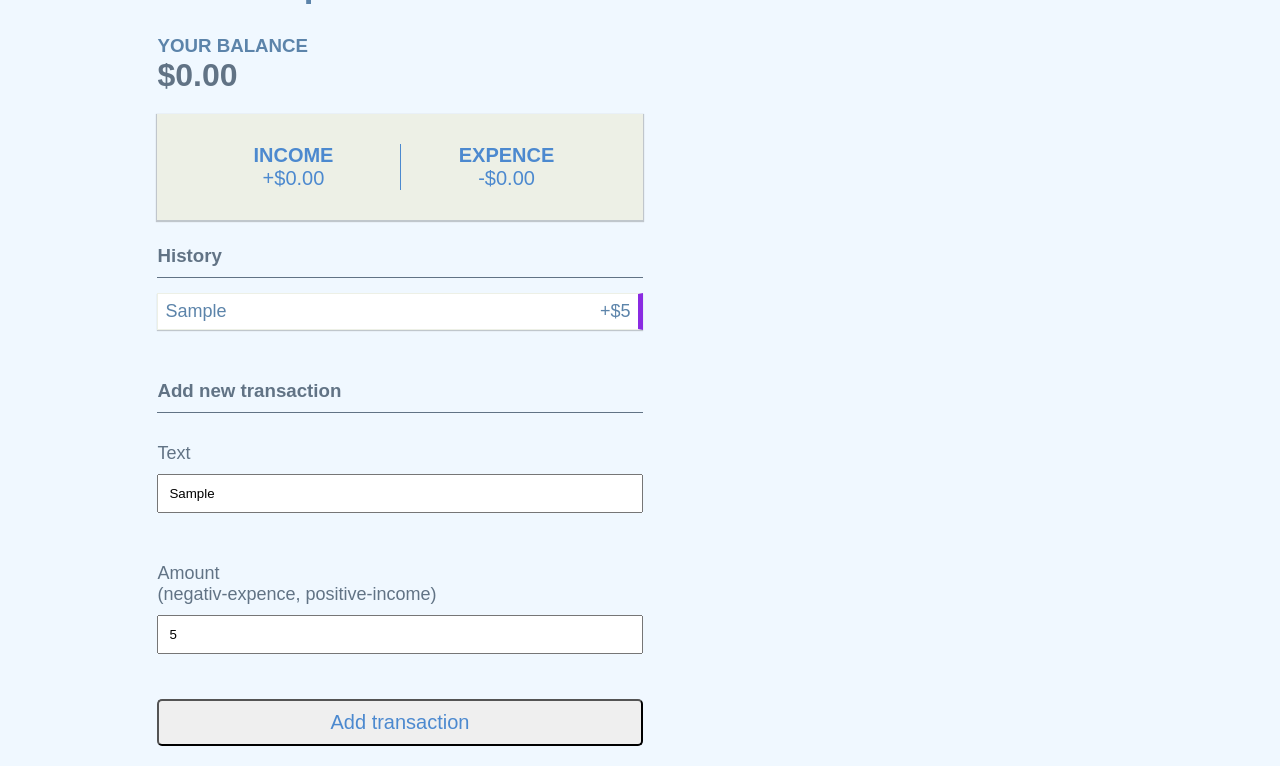
Repository: AbrorjonKuchkarov/expence-tracker-
Page: index.html
These files come from the project's save history. The page is drawn as it stood at one moment and after the next save; the edit follows.
The browser window is 1280 px wide. The pictures show the whole page.
Empty fields were first filled with sample values (such as "Sample", 5 or name@example.com).
After loading, the first visible `#form` was submitted once.

Above is the page before, as saved 2022-03-01 17:47:56.
Console error: TypeError: Cannot read properties of undefined (reading 'reduce')

### index.html
<!DOCTYPE html>
<html lang="en">
<head>
   <meta charset="UTF-8">
   <meta http-equiv="X-UA-Compatible" content="IE=edge">
   <meta name="viewport" content="width=device-width, initial-scale=1.0">
   <link rel="stylesheet" href="style.css">
   <title>Expense Tracker</title>
</head>
<body>
   <h1>Expense Tracker</h1>

   <div class="container">
      <h3>Your Balance</h3>
      <h1 id="balance">$0.00</h1>

      <div class="inc-exp-container">
         <div>
            <h4>Income</h4>
            <p id="money-plus" class="money-plus">+$0.00</p>
         </div>
         <div>
            <h4>Expence</h4>
            <p id="money-minus" class="money-minus">-$0.00</p>
         </div>
      </div>

      <h3 class="h3">History</h3>
      <ul id="ul" class="list">
         <!-- <li class="minus">
            Cash <span>-$400</span><button class="delete-btn">x</button>
         </li> -->
      </ul>

      <h3 class="h3">Add new transaction</h3>
      <form id="form">
         <div class="form-control">
            <label for="text">Text</label>
            <input type="text" id="text" placeholder="Enter amount..." >
         </div>
         <div class="form-control">
            <label for="amount">Amount <br>
            (negativ-expence, positive-income)</label>
            <input type="number" id="amount" placeholder="Enter amount...">
         </div>
         <button class="btn">Add transaction</button>
      </form>

   </div>

   <script src="app.js"></script>
</body>
</html>

### style.css
*{
   box-sizing: border-box;
   margin: 0;
}

body{
   padding: 20px;
   background-color: aliceblue;
   font-family: Arial, Helvetica, sans-serif;
   display: flex;
   flex-direction: column;
   align-items: center;
   justify-content: center;
   height: 100vh;
   max-width: 800px;
}

body > h1{
   margin-bottom: 20px;
   font-size: 35px;
   color: rgb(92, 132, 170);
   padding: 10px;
}

 .container > h3:first-of-type {
   text-transform: uppercase;
   color: rgb(92, 132, 170);
}

.container > h1 {
   color: rgb(97, 115, 133);
   margin-bottom: 20px;
}

.inc-exp-container {
   display: flex;
   /* align-items: center; */
   justify-content: center;
   /* text-align: center; */
   padding: 30px;
   margin-bottom: 25px;
   background-color: rgb(237, 240, 230);
   color: rgb(76, 137, 207);
   font-size: 20px;
   box-shadow: 0 1px 1px 1px rgba(0, 0, 0, 0.2) ;
   text-transform: uppercase;
}

.inc-exp-container > div {
   flex: 1;
   text-align: center;
}

.inc-exp-container > div:first-of-type {
   border-right: 1px solid rgb(76, 137, 207);
}

.h3 {
   margin: 15px 0;
   padding-bottom: 10px;
   color: rgb(97, 115, 133);
   border-bottom: 1px solid rgb(97, 115, 133);
}

.list {
   margin-bottom: 50px;
   list-style-type: none;
   padding: 0;
}

.list li {
   display: flex;
   justify-content: space-between;
   align-items: center;
   position: relative;
   padding: 7px;
   border: 1px solid rgb(237, 240, 230);
   margin: 5px 0;
   color: rgb(92, 132, 170);
   box-shadow: 0 1px 1px 0 rgba(0, 0, 0, 0.2) ;
   background-color: #fff;
   cursor: pointer;
   font-size: 18px;
}

.list li.minus {
   border-right: 5px solid red;
}

.list li.plus {
   border-right: 5px solid blueviolet;
}

.delete-btn {
   border: none;
   background-color: red;
   color: #fff;
   font-size: 18px;
   position: absolute;
   top: 50;
   left: 0;
   transform: translate(-100%);
   opacity: 0;
   transition: opacity 0.3s ease-in;
   cursor: pointer;
}

.list li:hover .delete-btn {
   opacity: 1;
}



#form {
   display: flex;
   flex-direction: column;
   justify-content: center;
}

.form-control {
   display: inline-block;
   color: rgb(97, 115, 133);
   font-size: 18px;
   margin: 15px 0;
}


#text,
#amount,
.btn {
   margin: 10px 0 20px;
   padding: 10px;
   width: 100%;
   outline: none;
}

.btn {
border-radius: 5px;
cursor: pointer;
font-size: 20px;
color: rgb(76, 137, 207);
}

### app.js
const balance = document.getElementById('balance');
const moneyPlus = document.getElementById('money-plus');
const moneyMinus = document.getElementById('money-minus');
const ul = document.getElementById('ul');
const form = document.getElementById('form');
const text = document.getElementById('text');
const amount = document.getElementById('amount');

const getItemFromLocalStorage = JSON.parse(localStorage.getItem('transactions'));

let transactions = localStorage.getItem('transactions') !== null ? getItemFromLocalStorage : [];

function addTransaction (e) {
   e.preventDefault();

   if(text.value.trim() === '' || amount.value.trim() === ''){
      alert('Please enter the values');
   }else{
      const transaction = {
         id: randomId(),
         text: text.value,
         amount: +amount.value
      }

      transactions.push(transaction);

      addTransactionToDOM(transaction);
      updateValues();
      setToLocalStorage()
   }
}

function randomId(){
   return Math.floor(Math.random()*10000)
}

function addTransactionToDOM(transaction){
   const sign = transaction.amount > 0 ? '+' : '-';

   const list = document.createElement('li');

   list.classList.add(transaction.amount > 0 ? 'plus' : 'minus');

   list.innerHTML = `
      ${transaction.text} <span> ${sign}$${Math.abs(transaction.amount)} </span><button class='delete-btn'>x</button>
   `;

   ul.appendChild(list)
}

function updateValues(){
   const amounts = transactions.amount;
   console.log(amounts);

   const total = amounts.reduce((acc, item) => (acc += item), 0)

   const income = amounts.filter(transaction => transaction >0).reduce((acc, item) => (acc += item),0).toFixed(2);

   const expence = amounts.filter(transaction => transaction < 0).reduce((acc, item) => (acc += item),0).toFixed(2);

   balance.innerHTML = `$${total}`;
   moneyPlus.innerHTML = `$${income}`;
   moneyMinus.innerHTML = `$${expence}`
}


function setToLocalStorage (){
   localStorage.setItem('transactions', JSON.stringify(transactions));
}




form.addEventListener('submit', addTransaction)

After the next save:
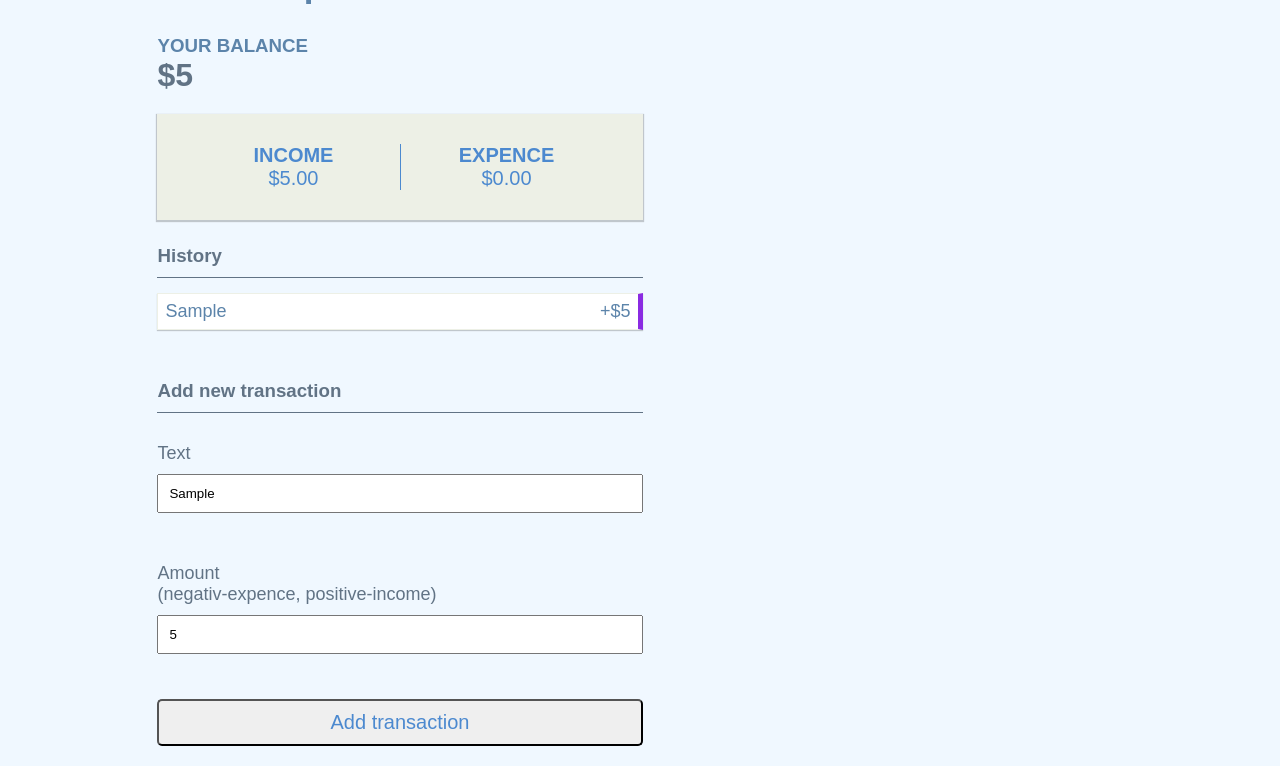
The error is gone.
Saved 2 min 58 s later.
--- a/app.js
+++ b/app.js
@@ -49,7 +49,7 @@ function addTransactionToDOM(transaction){
 }
 
 function updateValues(){
-   const amounts = transactions.amount;
+   const amounts = transactions.map(transaction => transaction.amount);
    console.log(amounts);
 
    const total = amounts.reduce((acc, item) => (acc += item), 0)
